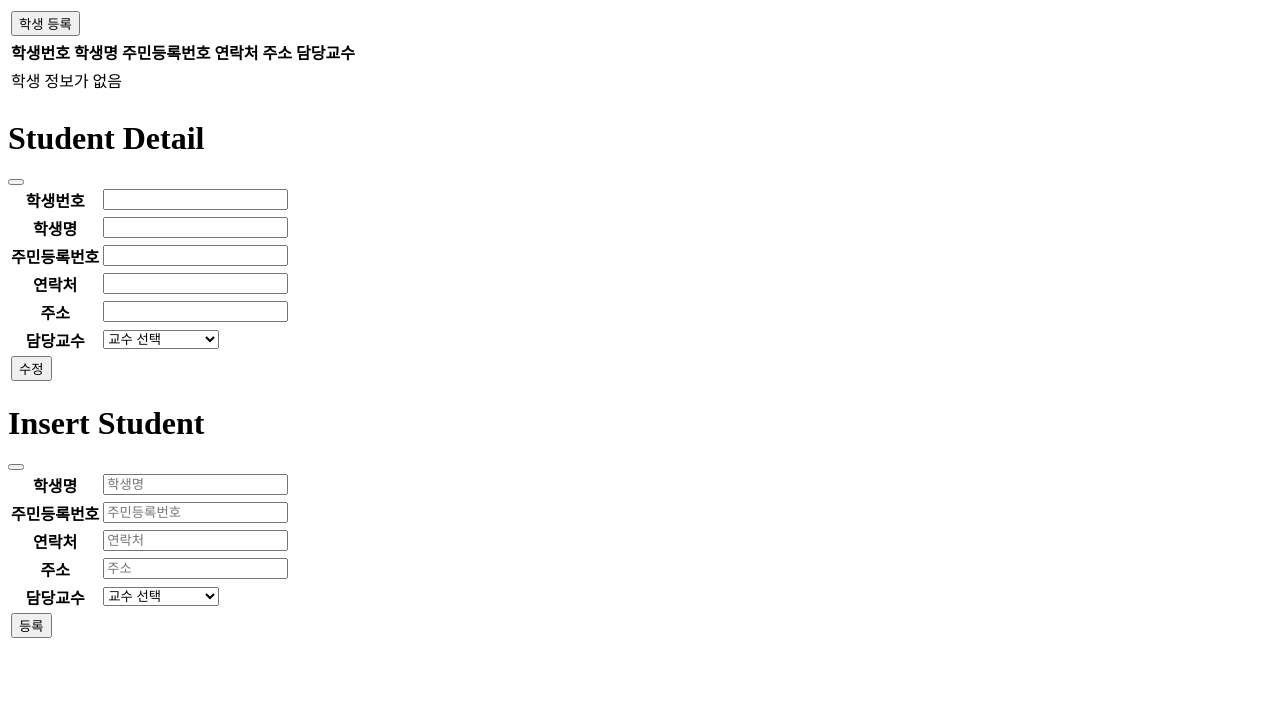
Repository: hoseolkim/restart
Page: http://localhost/HaksaManage/WEB-INF/views/staff/staffStudentView.jsp
The author's editor kept a copy of each file at every save. The page is drawn from the files as they stood at one save, then again after a run of saves.
The browser window is 1280 px wide. The pictures show the whole page.
The page is served by Tomcat 9. Nobody is signed in. The template is opened directly, without the code that normally fills it, so the values that code supplies are empty.

Above is the page before, as saved 2023-10-09 02:41:54.
Console error: ReferenceError: $ is not defined

After the next 2 saves:
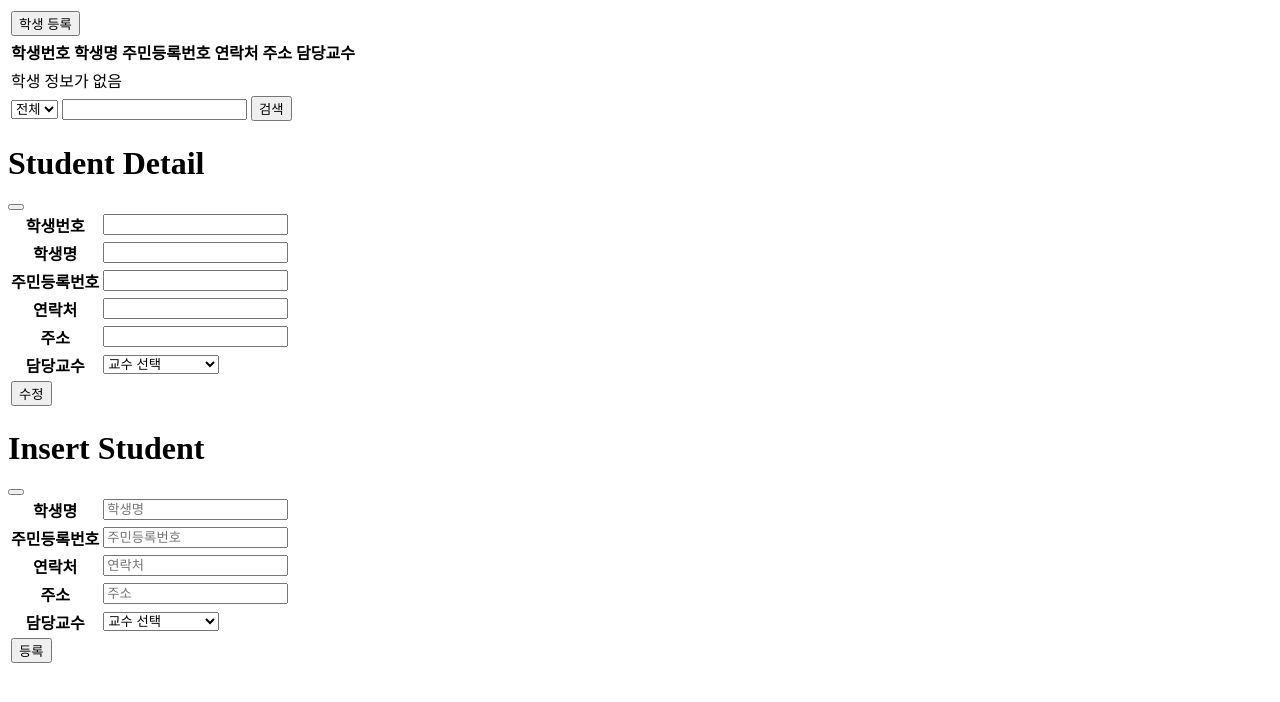
The 2 saves are shown as one change because they came seconds apart.
The last was saved 2 min 31 s later.
--- a/HaksaManage/src/main/webapp/WEB-INF/views/staff/staffStudentView.jsp
+++ b/HaksaManage/src/main/webapp/WEB-INF/views/staff/staffStudentView.jsp
@@ -54,6 +54,15 @@
 		<tr>
 			<td colspan="7">
 				${paging.pagingHTML }
+				<div id="searchUI" class="text-center">
+					<select name="searchType">
+						<option value>전체</option>
+						<option value="name">이름</option>
+						<option value="major">전공</option>
+					</select>
+					<input type="text" name="searchWord" />
+					<input type="button" value="검색" id="searchBtn" />
+				</div>
 			</td>
 		</tr>
 	</tfoot>
